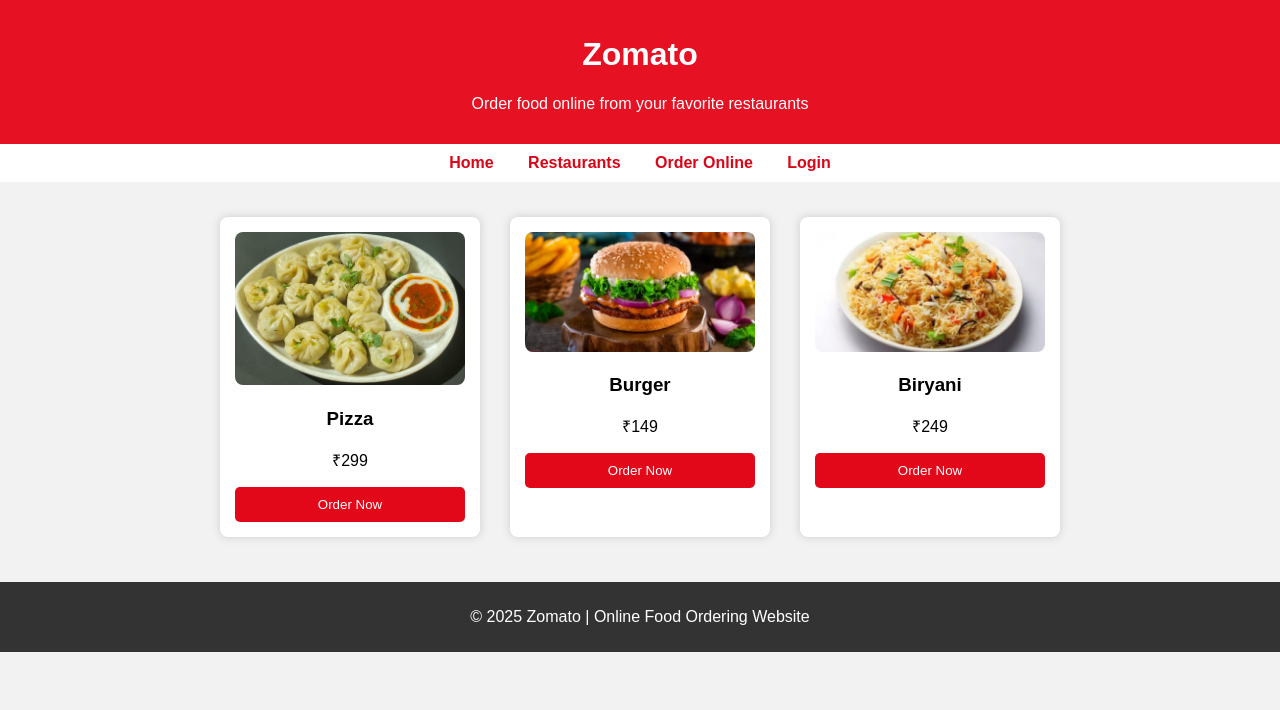
Repository: Glory998/ELCE1-32
Page: zomatoproject.html
The author's editor kept a copy of each file at every save. The page is drawn from the files as they stood at one save, then again after the next save.
The browser window is 1280 px wide. The pictures show the whole page.

Above is the page before, as saved 2025-12-16 02:44:11.

### zomatoproject.html
<!DOCTYPE html>
<html lang="en">
<head>
    <meta charset="UTF-8">
    <title>Zomato | Online Food Ordering</title>

    <style>
        body {
            margin: 0;
            font-family: Arial, sans-serif;
            background-color: #f2f2f2;
        }

        /* Header */
        header {
            background-color: #e61123;
            color: white;
            padding: 15px;
            text-align: center;
        }

        /* Navigation */
        nav {
            background-color: white;
            padding: 10px;
            text-align: center;
        }

        nav a {
            text-decoration: none;
            margin: 15px;
            color: #da0517;
            font-weight: bold;
        }

        /* Main Section */
        .container {
            display: flex;
            justify-content: center;
            margin: 20px;
        }

        .food-card {
            background-color: white;
            width: 230px;
            margin: 15px;
            padding: 15px;
            text-align: center;
            border-radius: 8px;
            box-shadow: 0 0 10px #ccc;
        }

        .food-card img {
            width: 100%;
            border-radius: 8px;
        }

        .food-card button {
            background-color: #e20719;
            color: white;
            border: none;
            padding: 10px;
            width: 100%;
            border-radius: 5px;
            cursor: pointer;
        }

        /* Footer */
        footer {
            background-color: #333;
            color: white;
            text-align: center;
            padding: 10px;
            margin-top: 30px;
        }
    </style>
</head>

<body>

    <!-- Header -->
    <header>
        <h1>Zomato</h1>
        <p>Order food online from your favorite restaurants</p>
    </header>

    <!-- Navigation -->
    <nav>
        <a href="#">Home</a>
        <a href="#">Restaurants</a>
        <a href="#">Order Online</a>
        <a href="#">Login</a>
    </nav>

    <!-- Food Items -->
    <div class="container">

        <div class="food-card">
            <img src="momos image.avif">
            <h3>Pizza</h3>
            <p>₹299</p>
            <button>Order Now</button>
        </div>

        <div class="food-card">
            <img src="burger image.avif">
            <h3>Burger</h3>
            <p>₹149</p>
            <button>Order Now</button>
        </div>

        <div class="food-card">
            <img src="biryani image.avif">
            <h3>Biryani</h3>
            <p>₹249</p>
            <button>Order Now</button>
        </div>

    </div>

    <!-- Footer -->
    <footer>
        <p>© 2025 Zomato | Online Food Ordering Website</p>
    </footer>

</body>
</html>

After the next save:
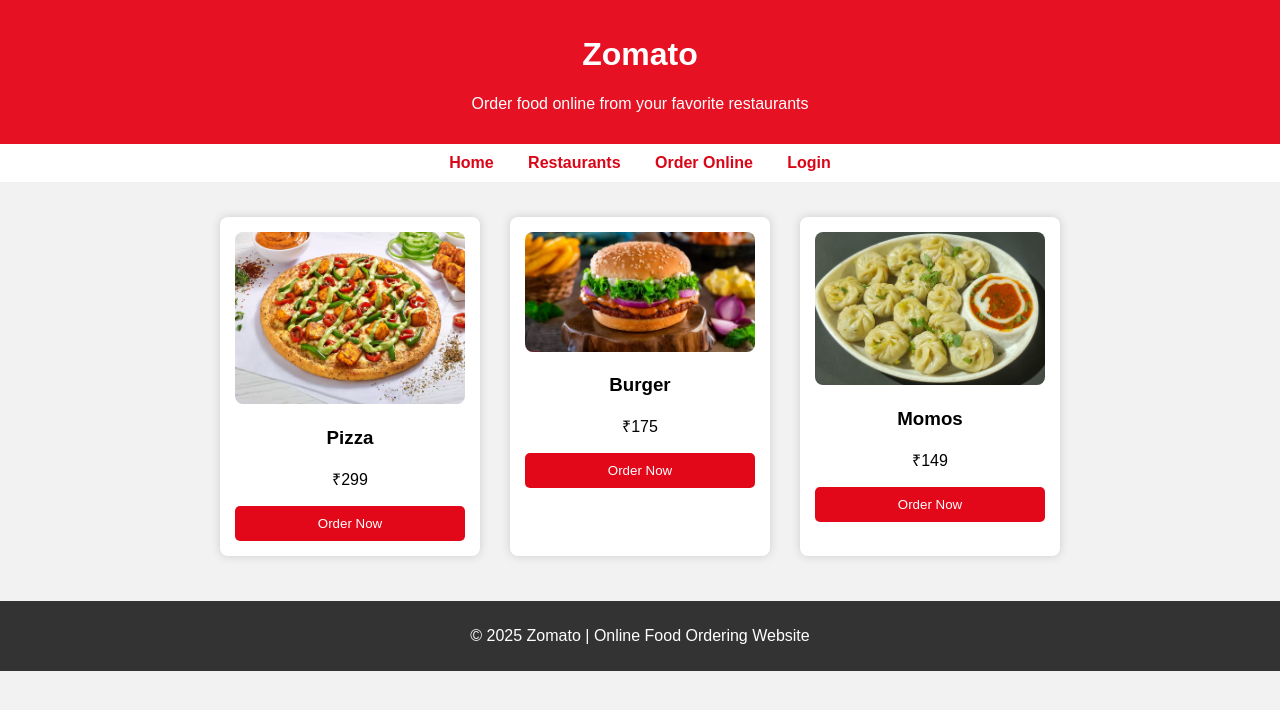
Saved 76 s later.
--- a/zomatoproject.html
+++ b/zomatoproject.html
@@ -96,7 +96,7 @@
     <div class="container">
 
         <div class="food-card">
-            <img src="momos image.avif">
+            <img src="pizza image.avif">
             <h3>Pizza</h3>
             <p>₹299</p>
             <button>Order Now</button>
@@ -105,14 +105,14 @@
         <div class="food-card">
             <img src="burger image.avif">
             <h3>Burger</h3>
-            <p>₹149</p>
+            <p>₹175</p>
             <button>Order Now</button>
         </div>
 
         <div class="food-card">
-            <img src="biryani image.avif">
-            <h3>Biryani</h3>
-            <p>₹249</p>
+            <img src="momos image.avif">
+            <h3>Momos</h3>
+            <p>₹149</p>
             <button>Order Now</button>
         </div>
 
